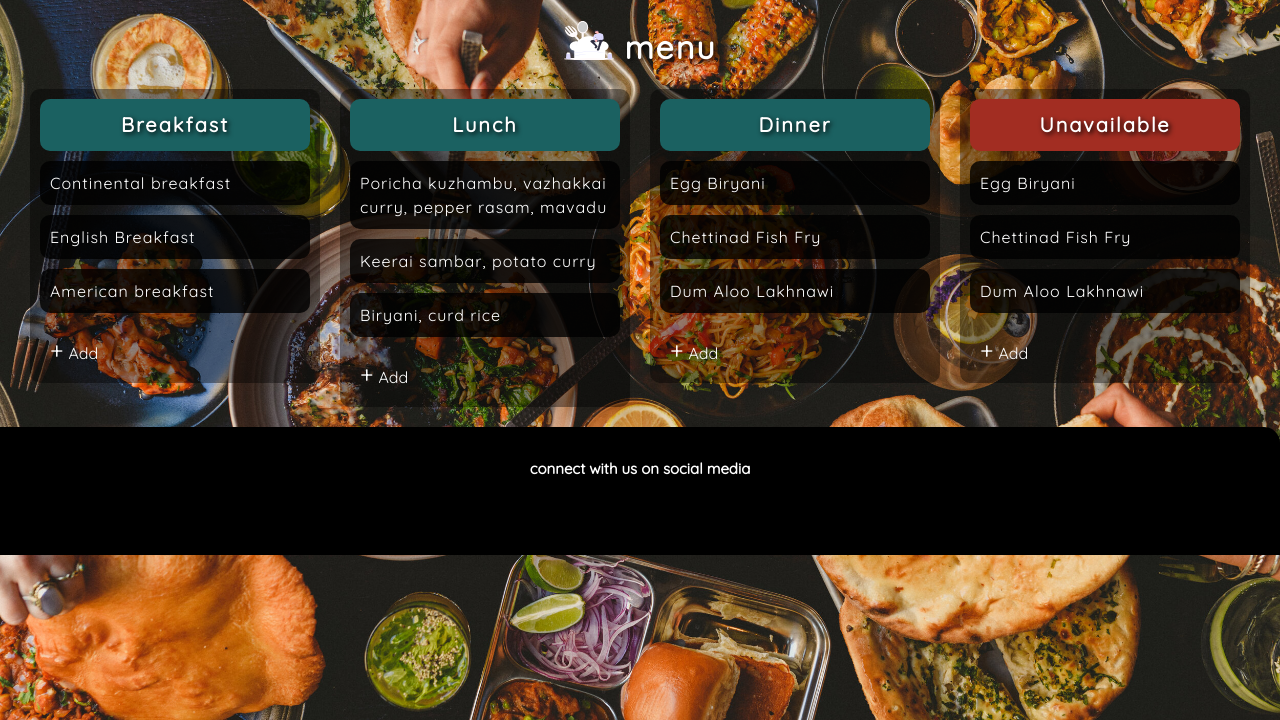
Repository: Anasooya2601/drag-and-drop
Page: index.html
An editor plug-in stored every save of this project. The page is shown before and after the next save, followed by the edit.
The browser window is 1280 px wide. The pictures show the whole page.

Above is the page before, as saved 2021-02-05 03:02:38.

### index.html
<!DOCTYPE html>
<html lang="en">
<head>
    <meta charset="UTF-8">
    <meta name="viewport" content="width=device-width, initial-scale=1.0">
    <title>MRC</title>
    <script src="script.js" type="text"></script>
    <link rel="icon" type="image/png" href="favicon.png">
    <link rel="stylesheet" href="style.css">
</head>
<body>

    <h1 class="main-title">
        <img src="mrc.svg" width="50" alt="">
    menu
</h1>
    <div class="drag-container">
        <ul class="drag-list">
<!-- breakfast column -->

<li class="drag-column progress-column">
    <span class="header">
        <h1>Breakfast</h1>
    </span>
    <!-- breakfast-content -->
    <div id="progress-content">
        <ul class="drag-item-list"id= "progress-list">
            <li class="drag-item"> Continental breakfast</li>
            <li class="drag-item">English Breakfast</li>
            <li class="drag-item">American breakfast</li>
        </ul>
    </div>
    <!-- add-button -->
    <div class="add-btn-group">
        <div class="add-btn">
    <span class="plus-sign">+</span>
    <span>Add</span>
</div>
<div class="add-btn solid">
    <span>save</span>
</div>
<div class="add-container">
    <div class="add-item"></div>

</div>

    </div>
</li>
<li class="drag-column progress-column">
    <span class="header">
        <h1>Lunch</h1>
    </span>
    <!-- breakfast-content -->
    <div id="progress-content">
        <ul class="drag-item-list"id= "progress-list">
            <li class="drag-item"> Poricha kuzhambu, vazhakkai curry, pepper rasam, mavadu</li>
            <li class="drag-item">Keerai sambar, potato curry</li>
            <li class="drag-item">Biryani, curd rice</li>
        </ul>
    </div>
    <!-- add-button -->
    <div class="add-btn-group">
        <div class="add-btn">
    <span class="plus-sign">+</span>
    <span>Add</span>
</div>
<div class="add-btn solid">
    <span>save</span>
</div>
<div class="add-container">
    <div class="add-item"></div>

</div>

    </div>
</li>
<li class="drag-column progress-column">
    <span class="header">
        <h1>Dinner</h1>
    </span>
    <!-- breakfast-content -->
    <div id="progress-content">
        <ul class="drag-item-list"id= "progress-list">
            <li class="drag-item"> Egg Biryani</li>
            <li class="drag-item"> Chettinad Fish Fry</li>
            <li class="drag-item">Dum Aloo Lakhnawi</li>
        </ul>
    </div>
    <!-- add-button -->
    <div class="add-btn-group">
        <div class="add-btn">
    <span class="plus-sign">+</span>
    <span>Add</span>
</div>
<div class="add-btn solid">
    <span>save</span>
</div>
<div class="add-container">
    <div class="add-item"></div>

</div>

    </div>
</li>
<li class="drag-column on-hold-column">
    <span class="header">
        <h1>Unavailable</h1>
    </span>
    <!-- breakfast-content -->
    <div id="on-hold-content">
        <ul class="drag-item-list"id= "on-hold-list">
            <li class="drag-item"> Egg Biryani</li>
            <li class="drag-item"> Chettinad Fish Fry</li>
            <li class="drag-item">Dum Aloo Lakhnawi</li>
        </ul>
    </div>
    <!-- add-button -->
    <div class="add-btn-group">
        <div class="add-btn">
    <span class="plus-sign">+</span>
    <span>Add</span>
</div>
<div class="add-btn solid">
    <span>save</span>
</div>
<div class="add-container">
    <div class="add-item"></div>

</div>

    </div>
</li>
        </ul>
    </div>

    <!-- <script src="script.js"></script> -->
    <footer class="footer ">
        <div class="footer-header">connect with us on social media</div>
        <ul class="social-links">
            <li class="list-item-inline">


            <a class="link" href="https://twitter.com"><i style="padding-left:25px;font-size:35px;"class="fab fa-twitter"></i></a>
           <a class="link" href= "https://instagram.com"><i style="padding-left:25px;font-size:36px;" class="fab fa-instagram"></i></a>
        </li>
        </ul>

        </footer>
</body>

</html>

### style.css
/* Trees Image - Pexels: https://www.pexels.com/photo/photo-of-trees-in-forest-3801030/ */
@import url("https://fonts.googleapis.com/css?family=Quicksand&display=swap");

html {
  box-sizing: border-box;
}

:root {
  --column-1: #a2622d;
  --column-2: #1b6161;
  --column-3: #248224;
  --column-4: #a22d22;
}

body {
  margin: 0;
  background: url("./mrc.jpg");
  background-size: cover;
  background-position: 50% 60%;
  background-attachment: fixed;
  color: white;
  font-family: Quicksand, sans-serif;
  overflow-y: hidden;
}

h1 {
  letter-spacing: 2px;
  text-shadow: 2px 2px 5px black;
}

.main-title {
  text-align: center;
  font-size: 3rem;
}

ul {
  list-style-type: none;
  margin: 0;
  padding: 0;
}

.drag-container {
  margin: 20px;
}

.drag-list {
  display: flex;
  align-items: flex-start;
}

/* Columns */
.drag-column {
flex: 1;
  margin: 0 10px;
  position: relative;
  background-color: rgba(0, 0, 0, 0.4);
  border-radius: 10px;
  overflow-x: hidden;
}

.backlog-column .header,
.backlog-column .solid,
.backlog-column .solid:hover,
.backlog-column .over {
  background-color: var(--column-1);
}

.progress-column .header,
.progress-column .solid,
.progress-column .solid:hover,
.progress-column .over {
  background-color: var(--column-2);
}

.complete-column .header,
.complete-column .solid,
.complete-column .solid:hover,
.complete-column .over {
  background-color: var(--column-3);
}

.on-hold-column .header,
.on-hold-column .solid,
.on-hold-column .solid:hover,
.on-hold-column .over {
  background-color: var(--column-4);
}

/* Custom Scrollbar */
.custom-scroll {
  overflow-y: auto;
  max-height: 75vh;
}

.custom-scroll::-webkit-scrollbar-track {
  box-shadow: inset 0 0 6px rgba(0, 0, 0, 0.4);
  border-radius: 10px;
  background-color: rgba(255, 255, 255, 0.3);
  margin-right: 5px;
}

.custom-scroll::-webkit-scrollbar {
  width: 10px;
}

.custom-scroll::-webkit-scrollbar-thumb {
  border-radius: 10px;
  box-shadow: inset 0 0 6px rgba(0, 0, 0, 0.3);
  background-color: rgba(0, 0, 0, 0.8);
}

.header {
  display: flex;
  justify-content: center;
  border-radius: 10px;
  margin: 10px;
}

.header h1 {
  font-size: 1.25rem;
}

/* Drag and Drop */
.over {
  padding: 50px 10px;
}

.drag-item-list {
  min-height: 50px;
}

.drag-item {
  margin: 10px;
  padding: 10px;
  height: fit-content;
  background-color: rgba(0, 0, 0, 0.8);
  border-radius: 10px;
  line-height: 1.5rem;
  letter-spacing: 1px;
  cursor: pointer;
}

.drag-item:focus {
  outline: none;
  background-color: white;
  color: black;
}

/* Add Button Group */
.add-btn-group {
  display: flex;
  justify-content: space-between;
}

.add-btn {
  margin: 10px;
  padding: 5px 10px;
  display: flex;
  align-items: center;
  cursor: pointer;
  width: fit-content;
  border-radius: 5px;
  transition: all 0.3s ease-in;
  user-select: none;
}

.add-btn:hover {
  background-color: rgba(255, 255, 255, 0.9);
  color: black;
}

.add-btn:active {
  transform: scale(0.97);
}

.solid {
  display: none;
}

.solid:hover {
  transition: unset;
  filter: brightness(95%);
  color: white;
}

.plus-sign {
  font-size: 1.5rem;
  margin-right: 5px;
  position: relative;
  top: -3px;
}

.add-container {
  margin: 10px;
  padding: 5px 10px;
  border-radius: 10px;
  background-color: rgba(255, 255, 255, 0.9);
  min-height: 100px;
  display: none;
}

.add-item {
  width: 100%;
  min-height: 100px;
  height: auto;
  background-color: white;
  border-radius: 10px;
  margin: 5px auto;
  resize: none;
  color: black;
  padding: 10px;
}

.add-item:focus {
  outline: none;
}

/* Media Query: Laptop */
@media screen and (max-width: 1800px) {
  .main-title {
    font-size: 2rem;
  }
}

/* Media Query: Large Smartphone (Vertical) */
@media screen and (max-width: 600px) {
  body {
    overflow-y: auto;
  }

  .drag-container {
    margin: 0;
  }

  .drag-list {
    display: block;
  }

  .drag-column {
    margin: 10px;
  }
}

/** footers **/

.footer {
  background-color: black;
  padding: 2rem;
  text-align: center;
  color: white;
  border-top-right-radius: 1rem;
}

.footer .link {
  color: white;
}

.footer .footer-header {
  font-weight: bold;
  font-size: 15px;
}

.footer ul {
  padding-inline-start: 0px;
  grid-column: 3;
  display: flex;
  justify-content: center;
  align-items: center;
}

After the next save:
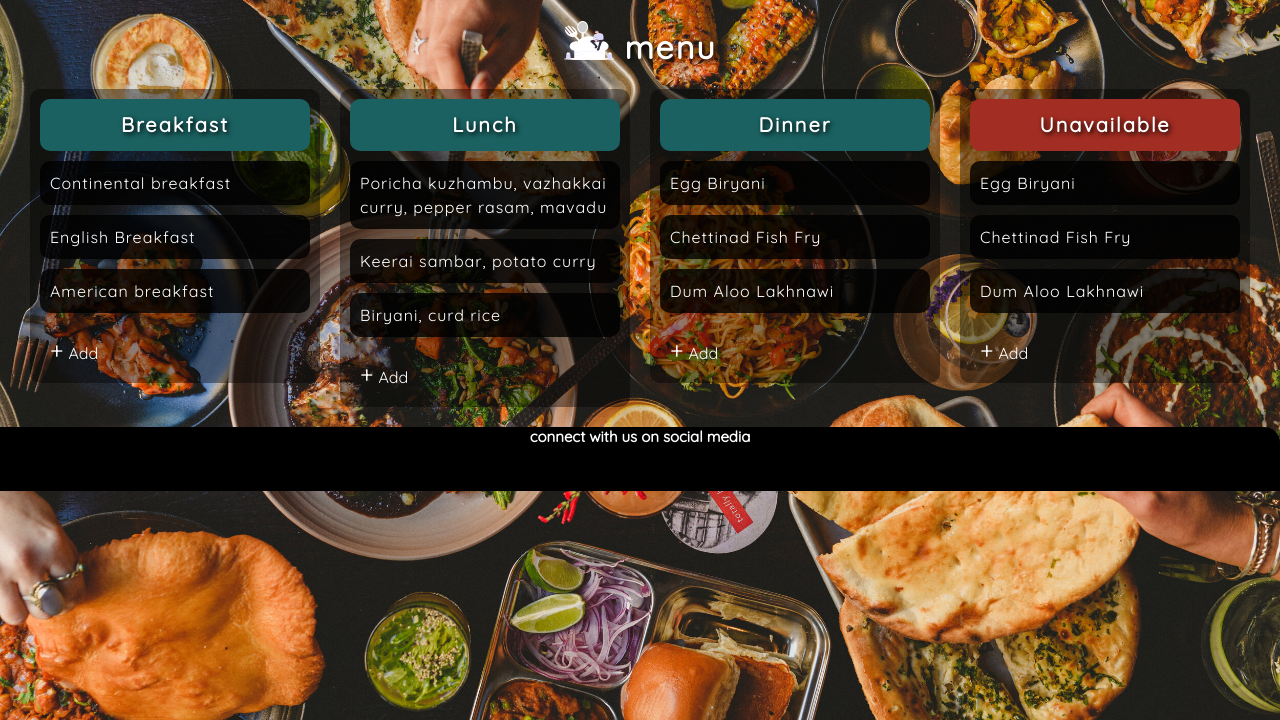
Saved 6 s later.
--- a/style.css
+++ b/style.css
@@ -245,7 +245,7 @@
 
 .footer {
   background-color: black;
-  padding: 2rem;
+
   text-align: center;
   color: white;
   border-top-right-radius: 1rem;

After the 3 saves that followed:
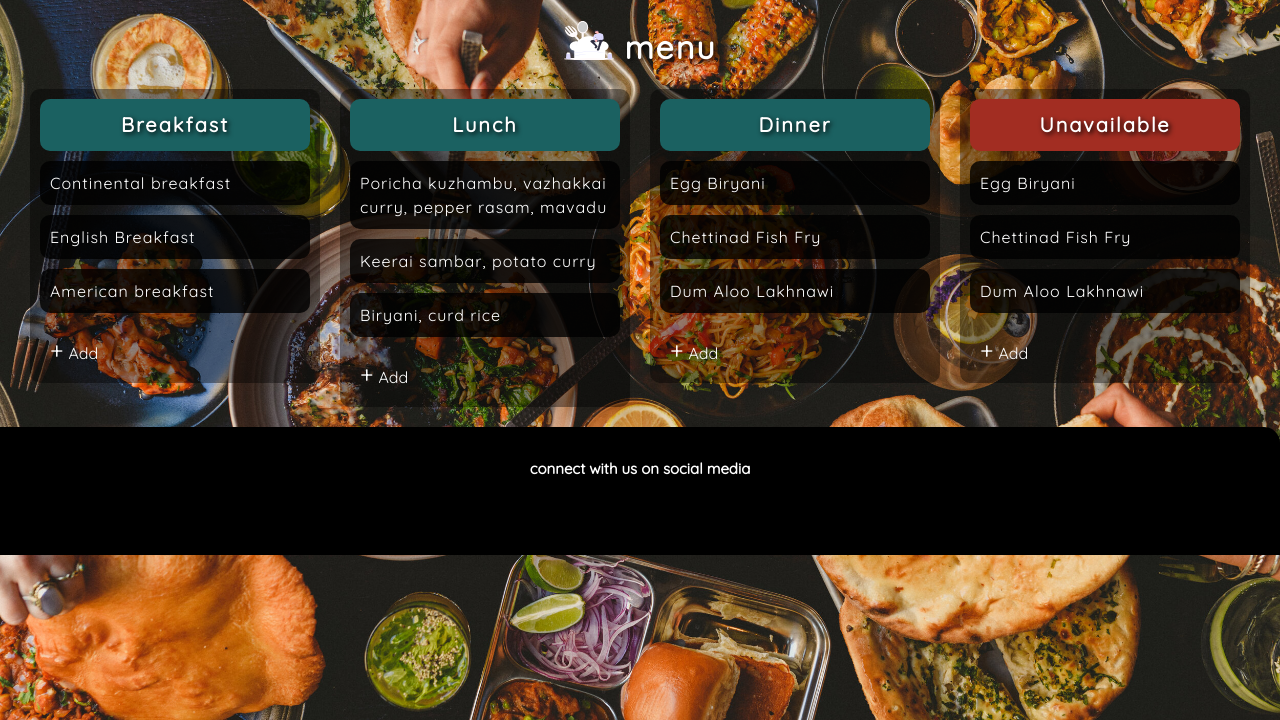
The 3 saves are shown as one change because 2 left the picture as it was.
The last was saved 44 s later.
--- a/style.css
+++ b/style.css
@@ -245,7 +245,7 @@
 
 .footer {
   background-color: black;
-
+  padding: 2rem 1rem;
   text-align: center;
   color: white;
   border-top-right-radius: 1rem;
